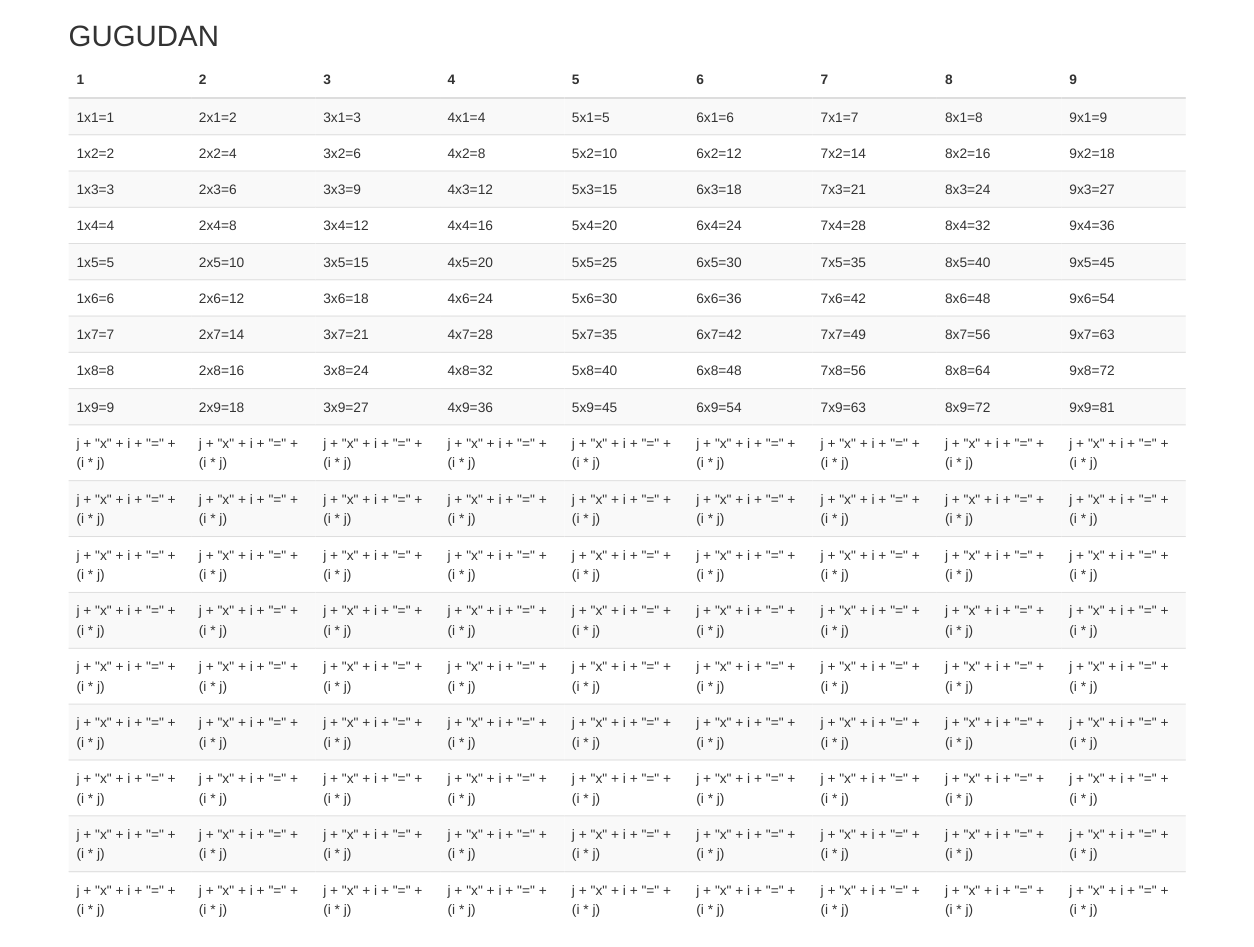
Repository: SongSooJin/JSP
Page: http://localhost/5-jsp-basic/example5/gugudan4.jsp
These files come from the project's save history. The page is drawn as it stood at one moment and after the next save; the edit follows.
The browser window is 1280 px wide. The pictures show the whole page, at 98% of full size.
The page is served by Tomcat 9. Other server files are loaded and not shown.

Above is the page before, as saved 2018-10-08 06:06:00.

### 5-jsp-basic/WebContent/example5/gugudan4.jsp
<%@ page language="java" contentType="text/html; charset=UTF-8"
	pageEncoding="UTF-8"%>
<%@ taglib prefix="c" uri="http://java.sun.com/jsp/jstl/core"%>
<!DOCTYPE html>
<html>
<head>
<meta charset="UTF-8">
<title>Insert title here</title>
<meta name="viewport" content="width=device-width, initial-scale=1">
<link rel="stylesheet"
	href="https://maxcdn.bootstrapcdn.com/bootstrap/3.3.7/css/bootstrap.min.css">
<script
	src="https://ajax.googleapis.com/ajax/libs/jquery/3.3.1/jquery.min.js"></script>
<script
	src="https://maxcdn.bootstrapcdn.com/bootstrap/3.3.7/js/bootstrap.min.js"></script>

</head>
<body>

	<div class="container">
	<h2>GUGUDAN</h2>
		<table class="table table-striped">
			<thead>
				<tr>
					<%
						/*	for (int i = 1; i <= 9; i++) {
							out.print("<th>" + i + "</th>");
						} */
					%>
					<c:forEach var="i" begin="1" end="9" step="1">
						<th>${i }</th>
					</c:forEach>
				</tr>
			</thead>

			<tbody>
				<%
					for (int i = 1; i <= 9; i++) { // 행
						out.print("<tr>");
						for (int j = 1; j <= 9; j++) { // 열
							out.print("<td>");
							out.print(j + "x" + i + "=" + (i * j));
							out.print("</td>");
						}

						out.print("</tr>");
					}
				%>
				<c:forEach var="i" begin="1" end="9" step="1">
					<tr>
					<c:forEach var="j" begin="1" end="9" step="1">
						<td>
							j + "x" + i + "=" + (i * j)
						</td>
					</c:forEach>
					</tr>
				</c:forEach>
			</tbody>
		</table>
	</div>

</body>
</html>

After the next save:
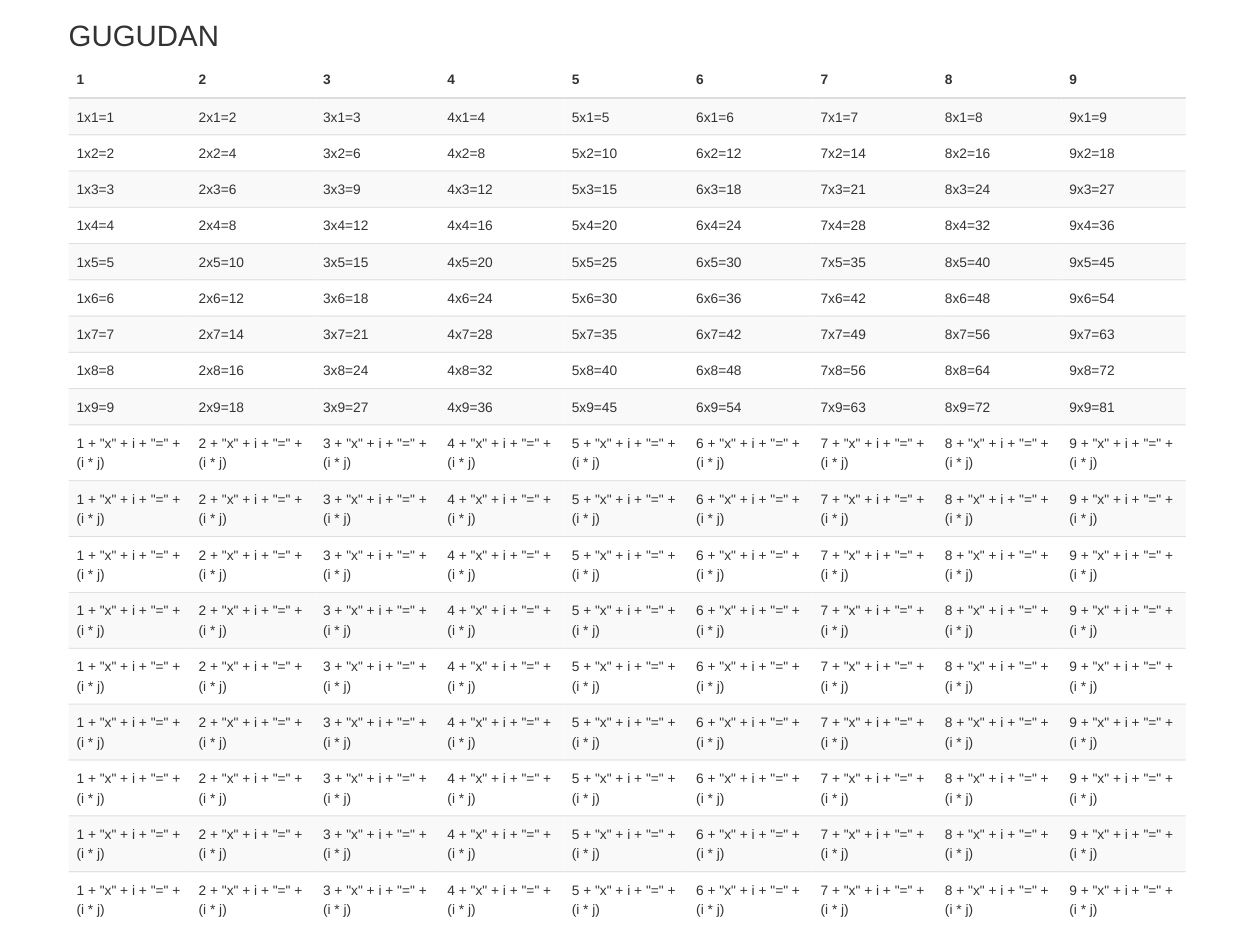
Saved 13 s later.
--- a/5-jsp-basic/WebContent/example5/gugudan4.jsp
+++ b/5-jsp-basic/WebContent/example5/gugudan4.jsp
@@ -50,7 +50,7 @@
 					<tr>
 					<c:forEach var="j" begin="1" end="9" step="1">
 						<td>
-							j + "x" + i + "=" + (i * j)
+							${j} + "x" + i + "=" + (i * j)
 						</td>
 					</c:forEach>
 					</tr>
